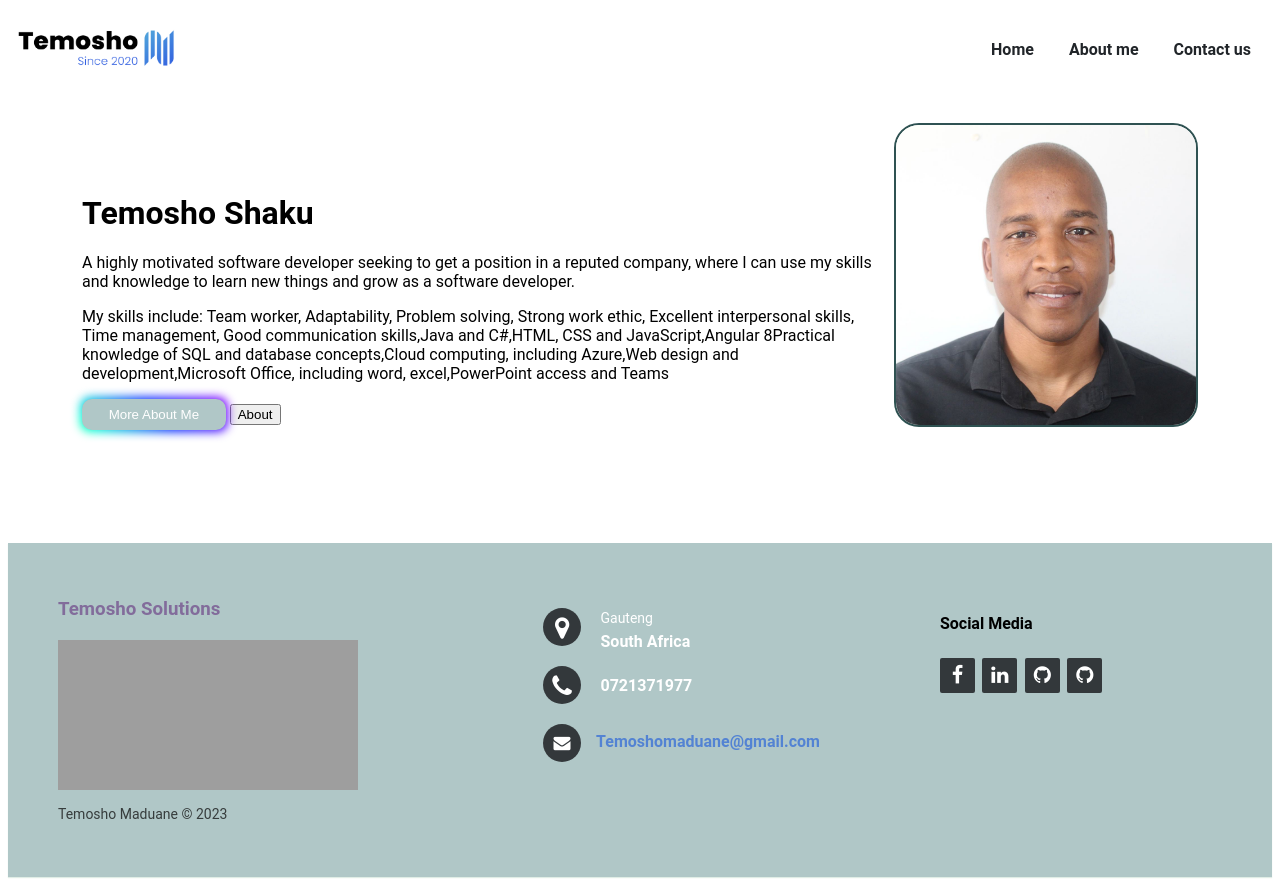
Repository: TemoshoS/T-Shaku
Page: index.html
These files come from the project's save history. The page is drawn as it stood at one moment and after a run of saves; the edit follows.
The browser window is 1280 px wide. The pictures show the whole page.
Pictures or frames that could not be fetched are drawn as grey boxes. Some web libraries are served in a nearby version.

Above is the page before, as saved 2023-09-28 14:23:23.

### index.html
<!DOCTYPE html>
<html>
  <title>Temosho Shaku</title>
  <meta charset="UTF-8">
        <meta name="viewport" content="width=device-width,initial-scale=1">


        <link rel="stylesheet" href="./css/style.css">

        <link rel="stylesheet" href="http://maxcdn.bootstrapcdn.com/font-awesome/4.2.0/css/font-awesome.min.css">
        <link href="http://fonts.googleapis.com/css?family=Cookie" rel="stylesheet" type="text/css">
  <body>

    <head>
      <div>
        <table style="width: 100%;">
          <tr>
            <td>
              <a href="index.html">
                <img src="./images/logo.png" style="height: 50px;" alt="No logo" />
              </a>
            </td>
            <td align="right">
              <nav  >

                <ul >
                    <a href="index.html" class="nav-link" ><b>Home</b></a>
                    <a href="about.html" class="nav-link"><b>About me</b></a>
                    <a href="contact.html" class="nav-link"><b>Contact us</b></a>
                </ul>
              </nav>
            </td>
          </tr>
        </table>
      </div>
    </head>


    <main>
      <table style="width: 100%; height: 300px">

        <tr>
          <td style="padding-left: 10vh; padding-top: 50px">
            <h1 id ="name"></h1>
            <p style="width: 100%" id="para"></p>
            <p style="width: 100%" id="para1"></p>
            <button  class="buttonmore" role="button"> More About Me</button>
            <button onclick="window.location.href='about.html'">About</button>



          </td>
          <td align="right" style="padding-right: 10vh; padding-top: 30px; padding-bottom: 30px">
            <img
              src ="./images/Temosho.jpg" alt="No picture" width="300px" height="300px" style="border-radius: 25px; object-fit: cover; border: 2px solid rgb(47, 82, 82);"
            />
          </td>
        </tr>
      </table>
    </main>


    <footer class="footer-distributed">
      <div class="footer-left">

          <h3><span>Temosho Solutions</span></h3>
          <p class="footer-links">
            <iframe src="https://www.google.com/maps/embed?pb=!1m18!1m12!1m3!1d57373.12731923028!2d28.183328280934226!3d-26.00669819115315!2m3!1f0!2f0!3f0!3m2!1i1024!2i768!4f13.1!3m3!1m2!1s0x1e956bed9ab01b69%3A0xc853e498933bab2e!2sTembisa%2C%201632!5e0!3m2!1sen!2sza!4v1676883111483!5m2!1sen!2sza"  width="300" height="150" style="border:0;" allowfullscreen="" loping="lazy"></iframe>


          </p>


          <p class="footer-portfolio-name">Temosho Maduane &copy; 2023</p>
      </div>

      <div class="footer-center">

          <div>
              <i class="fa fa-map-marker"></i>
              <p><span>Gauteng</span>South Africa</p>
          </div>
          <div>
              <i class="fa fa-phone"></i>
              <p>0721371977</p>
          </p>

          </div>
          <div>

              <p><a href="temoshomaduane@gmail.com"><i class="fa fa-envelope"></i>Temoshomaduane@gmail.com</a>
              </p>
          </div>
      </div>

      <div class="footer-right">
              <p >
                  Social Media
              </p>

              <div class="footer-icons">
                  <a href="https://m.facebook.com/temosho.shaku"><i class="fa fa-facebook"></i></a>
                  <a href="https://www.linkedin.com/mwlite/in/temosho-shaku-a2598917b"><i class="fa fa-linkedin"></i></a>
                  <a href="https://github.com/TemoshoS"><i class="fa fa-github"></i></a>
                  <a href="https://api.whatsapp.com/send?phone=27 721371977"><i class="fa fa-github"></i></a>

              </div>

      </div>
  </footer>
  <script src="./javascript/index.js"></script>
  </body>
</html>

### css/style.css
/*Navigation bar*/
.nav-link {
	text-decoration: none;
	display: inline-block;
	padding: 13px 13px;
	color: #212529;
	margin-right: 5px;
  }

  .nav-link:hover {
	text-decoration:none;
	border-bottom: 2px solid #84e7ee;
  }


@import url("https://fonts.googleapis.com/css2?family=Roboto:wght@100&display=swap");
h1,
h2,
h3,
h4,
h5,
h6,
p,
a,
label,
address,
input {
	font-family: "Roboto", sans-serif;
}

/*button*/

.buttonmore {
	padding: 0.6em 2em;
	border: none;
	outline: none;
	color: rgb(255, 255, 255);
	cursor: pointer;
	position: relative;
	z-index: 0;
	border-radius: 10px;
	user-select: none;
	-webkit-user-select: none;
	touch-action: manipulation;
  }

  .buttonmore:before {
	content: "";
	background: linear-gradient(
	  45deg,
	  #ff0000,
	  #ff7300,
	  #fffb00,
	  #48ff00,
	  #00ffd5,
	  #002bff,
	  #7a00ff,
	  #ff00c8,
	  #ff0000
	);
	position: absolute;
	top: -2px;
	left: -2px;
	background-size: 400%;
	z-index: -1;
	filter: blur(5px);
	-webkit-filter: blur(5px);
	width: calc(100% + 4px);
	height: calc(100% + 4px);
	animation: glowing-button-85 20s linear infinite;
	transition: opacity 0.3s ease-in-out;
	border-radius: 10px;
  }

  @keyframes glowing-button-85 {
	0% {
	  background-position: 0 0;
	}
	50% {
	  background-position: 400% 0;
	}
	100% {
	  background-position: 0 0;
	}
  }

  .buttonmore:after {
	z-index: -1;
	content: "";
	position: absolute;
	width: 100%;
	height: 100%;
	background: #b0c7c7;
	left: 0;
	top: 0;
	border-radius: 10px;
  }
/*Contact form*/
.contactform {


	border-radius: 5px;
	background-color: #f2f2f2;
	padding: 20px;
	width: 400px;
	margin-left: auto;
	margin-right: auto;

}



.footer-distributed{
	background-color: #b0c7c7;
	box-shadow: 0 1px 1px 0 rgba(5, 110, 52, 0.12);
	box-sizing: border-box;
	width: 100%;
	text-align: left;
	font: bold 16px sans-serif;

	padding: 55px 50px;
	margin-top: 80px;
}

.footer-distributed .footer-left,
.footer-distributed .footer-center,
.footer-distributed .footer-right{
	display: inline-block;
	vertical-align: top;
}

.footer-distributed .footer-left{
	width: 40%;
}

.footer-distributed h3{
	color:  #ffffff;

	margin: 0;
}

.footer-distributed h3 span{
	color:  #826c9b;
}


.footer-distributed .footer-links{
	color:  #ffffff;
	margin: 20px 0 12px;
	padding: 0;
}

.footer-distributed .footer-links a{
	display:inline-block;
	line-height: 1.8;
	text-decoration: none;
	color:  inherit;
}

.footer-distributed .footer-portfolio-name{
	color:  #373d3d;
	font-size: 14px;
	font-weight: normal;
	margin: 0;
}


.footer-distributed .footer-center{
	width: 35%;
}

.footer-distributed .footer-center i{
	background-color:  #33383b;
	color: #ffffff;
	font-size: 25px;
	width: 38px;
	height: 38px;
	border-radius: 50%;
	text-align: center;
	line-height: 42px;
	margin: 10px 15px;
	vertical-align: middle;
}

.footer-distributed .footer-center i.fa-envelope{
	font-size: 17px;
	line-height: 38px;
}

.footer-distributed .footer-center p{
	display: inline-block;
	color: #ffffff;
	vertical-align: middle;
	margin:0;
}

.footer-distributed .footer-center p span{
	display:block;
	font-weight: normal;
	font-size:14px;
	line-height:2;
}

.footer-distributed .footer-center p a{
	color:  #5383d3;
	text-decoration: none;;
}

.footer-distributed .footer-right{
	width: 20%;
}

.footer-distributed .footer-portfolio-about{
	line-height: 20px;
	color:  #92999f;
	font-size: 13px;
	font-weight: normal;
	margin: 0;
}

.footer-distributed .footer-portfolio-about span{
	display: block;
	color:  #ffffff;
	font-size: 14px;
	font-weight: bold;
	margin-bottom: 20px;
}

.footer-distributed .footer-icons{
	margin-top: 25px;
}

.footer-distributed .footer-icons a{
	display: inline-block;
	width: 35px;
	height: 35px;
	cursor: pointer;
	background-color:  #33383b;
	border-radius: 2px;

	font-size: 20px;
	color: #ffffff;
	text-align: center;
	line-height: 35px;

	margin-right: 3px;
	margin-bottom: 5px;
}


@media (max-width: 880px) {

	.footer-distributed{
		font: bold 14px sans-serif;

	}

	.footer-distributed .footer-left,
	.footer-distributed .footer-center,
	.footer-distributed .footer-right{
		display: block;
		width: 100%;
		margin-bottom: 40px;
		text-align: center;
	}

	.footer-distributed .footer-center i{
		margin-left: 0;
	}


}

### javascript/index.js

document.getElementById("name").innerHTML = "Temosho Shaku";

document.getElementById("para").innerHTML = "A highly motivated software developer seeking to get a position in a reputed company, where I can use my skills and knowledge to learn new things and grow as a software developer.";

document.getElementById("para1").innerHTML = "My skills include: Team worker, Adaptability, Problem solving, Strong work ethic, Excellent interpersonal skills, Time management, Good communication skills,Java and C#,HTML, CSS and JavaScript,Angular 8Practical knowledge of SQL and database concepts,Cloud computing, including Azure,Web design and development,Microsoft Office, including word, excel,PowerPoint access and Teams";

After the next 2 saves:
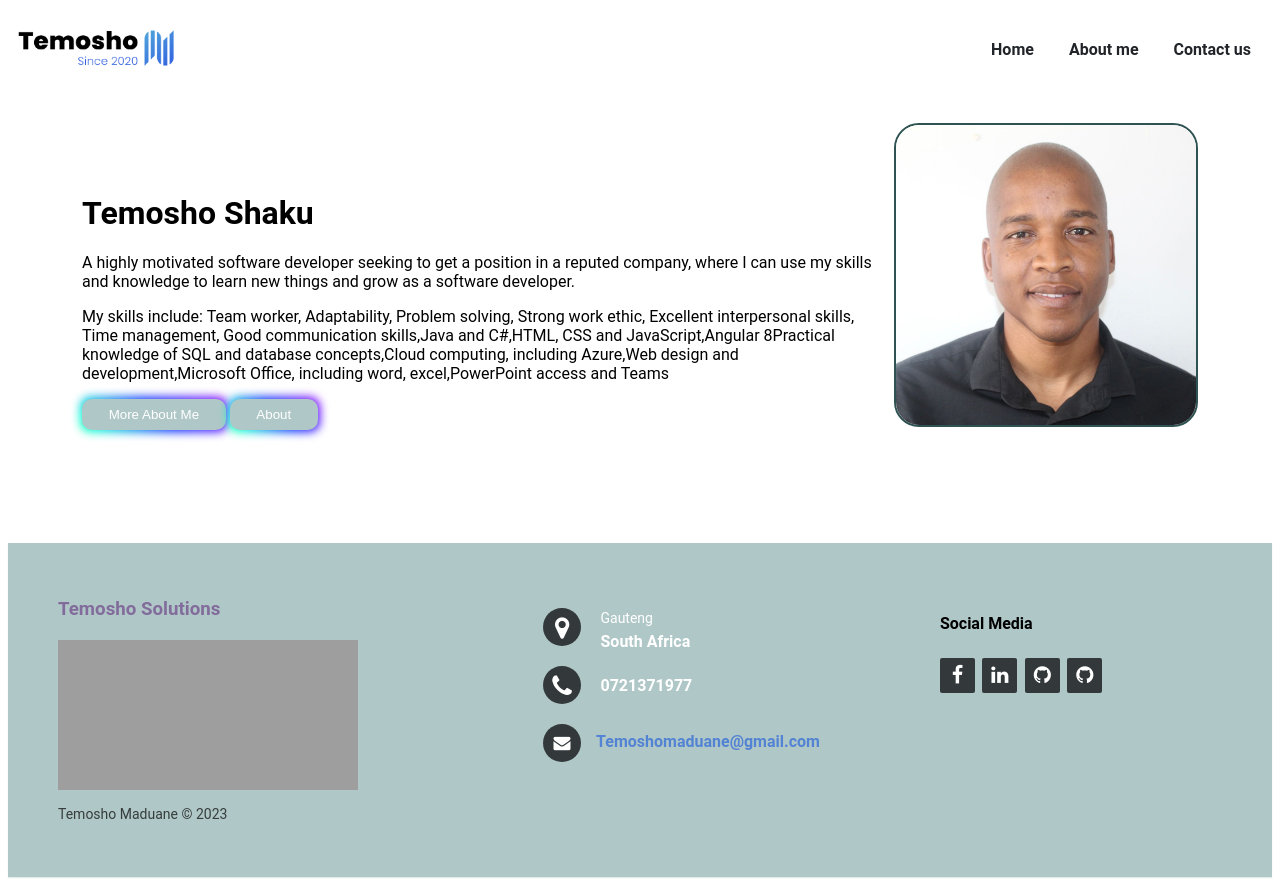
The 2 saves are shown as one change because they came seconds apart.
The last was saved 13 s later.
--- a/index.html
+++ b/index.html
@@ -45,7 +45,7 @@
             <p style="width: 100%" id="para"></p>
             <p style="width: 100%" id="para1"></p>
             <button  class="buttonmore" role="button"> More About Me</button>
-            <button onclick="window.location.href='about.html'">About</button>
+            <button onclick="window.location.href='about.html'" class="buttonmore">About</button>
 
 
 
